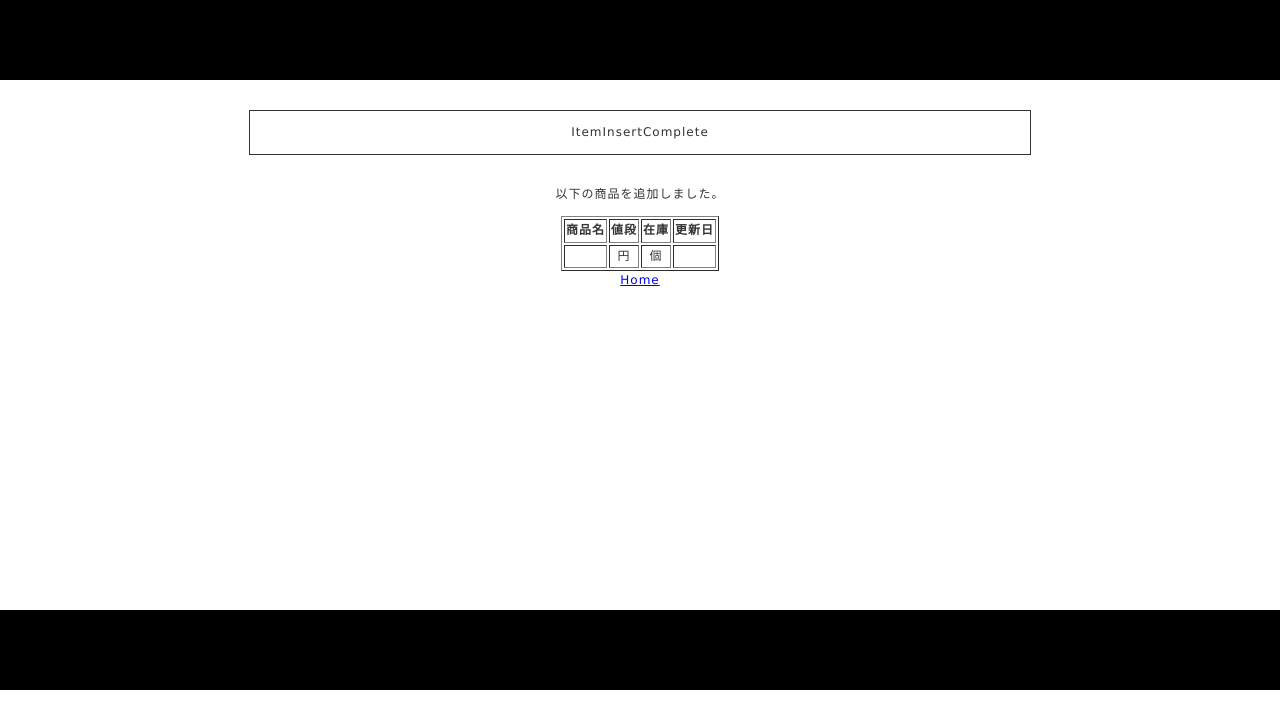
Repository: y321sudo/test2
Page: http://localhost/Yukazon/itemInsertComplete.jsp
The author's editor kept a copy of each file at every save. The page is drawn from the files as they stood at one save, then again after the next save.
The browser window is 1280 px wide. The pictures show the whole page.
The page is served by Tomcat 9. Other server files are loaded and not shown.

Above is the page before, as saved 2018-02-28 05:33:34.

### Yukazon/WebContent/itemInsertComplete.jsp
<%@ page language="java" contentType="text/html; charset=UTF-8" pageEncoding="UTF-8"%>
<%@ taglib prefix="s" uri="/struts-tags" %>
<!DOCTYPE html>
<html>
<head>
<meta charset="utf-8">
<meta http-equiv="Content-Type" content="text/html; charset=utf-8" />
<meta http-equiv="Content-Style-Type" content="text/css" />
<meta http-equiv="Content-Script-Type" content="text/javascript" />
<meta http-equiv="imagetoolbar" content="no" />
<meta name="description" content="" />
<meta name="keywords" content="" />
<meta charset="utf-8">
<title>ItemInsertConplete画面</title>
<style type="text/css">
	/* ========TAG LAYOUT======== */
		body {
		   margin:0;
		   padding:0;
		   line-height:1.6;
		   letter-spacing:1px;
		   font-family:Verdana, Helvetica, sans-serif;
		   font-size:12px;
		   color:#333;
		   background:#fff;
		}

		table {
			text-align:center;
			margin:0 auto;
		}

	/* ========ID LAYOUT======== */
		#top {
		   width:780px;
		   margin:30px auto;
		   border:1px solid #333;
		}

		#header {
		   width: 100%;
		   height: 80px;
		   background-color: black;
		}

		#main {
		   width: 100%;
		   height: 500px;
		   text-align: center;
		}

		#footer {
			width: 100%;
			height: 80px;
			background-color: black;
			clear:both;
		}
	</style>
</head>
<body>
	<div id="header">
	</div>

	<div id="main">
		<div id="top">
			<p>ItemInsertComplete</p>
		</div>

		<div>
			<p>以下の商品を追加しました。</p>
			<table border="1">
				<tr>
					<th>商品名</th>
					<th>値段</th>
					<th>在庫</th>
					<th>更新日</th>
				</tr>
				<tr>
					<td><s:property value="session.itemName"/></td>
					<td><s:property value="session.itemPrice"/><span>円</span></td>
					<td><s:property value="session.itemStock"/><span>個</span></td>
					<td><s:property value="session.insertDate"/></td>
				</tr>
			</table>
			<div>
				<a href='<s:url action="GoHomeAction"/>'>Home</a>
			</div>
		</div>
	</div>

	<div id="footer">
	</div>
</body>
</html>

After the next save:
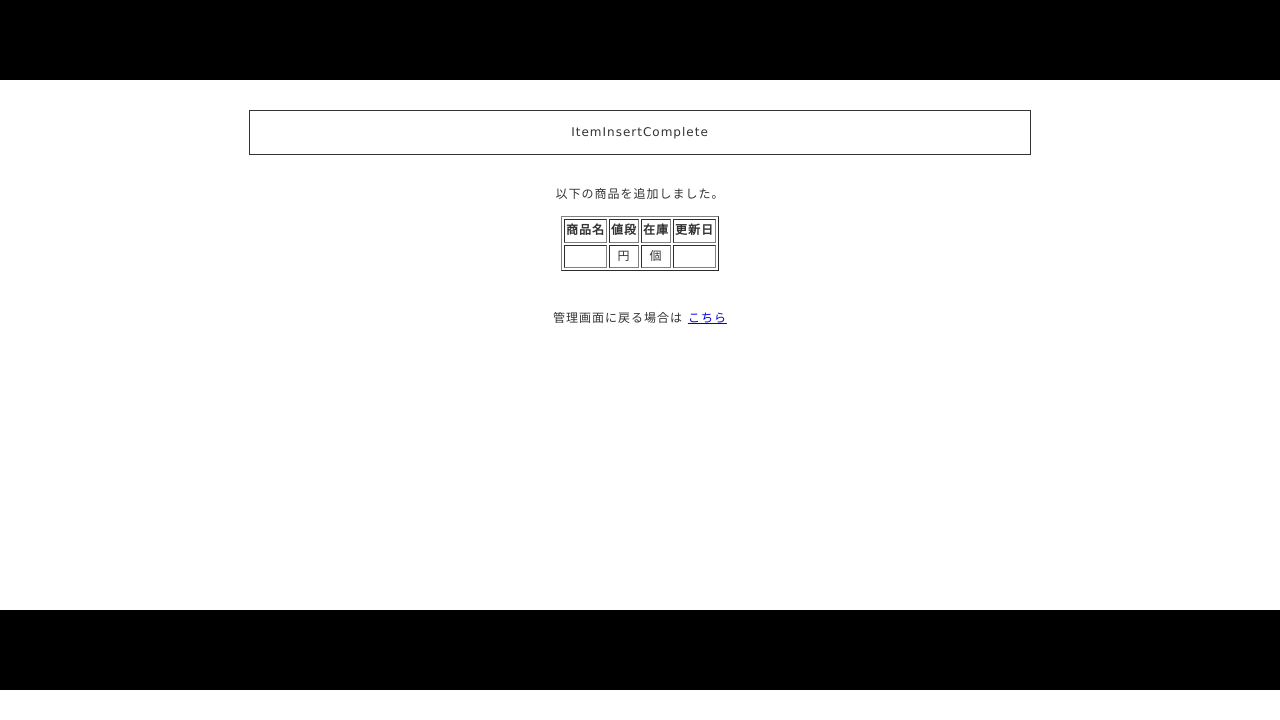
Saved 24 s later.
--- a/Yukazon/WebContent/itemInsertComplete.jsp
+++ b/Yukazon/WebContent/itemInsertComplete.jsp
@@ -11,7 +11,7 @@
 <meta name="description" content="" />
 <meta name="keywords" content="" />
 <meta charset="utf-8">
-<title>ItemInsertConplete画面</title>
+<title>商品追加完了画面</title>
 <style type="text/css">
 	/* ========TAG LAYOUT======== */
 		body {
@@ -82,8 +82,10 @@
 					<td><s:property value="session.insertDate"/></td>
 				</tr>
 			</table>
+			<br><br>
 			<div>
-				<a href='<s:url action="GoHomeAction"/>'>Home</a>
+				<span>管理画面に戻る場合は</span>
+				<a href="http://localhost:8080/Yukazon/master.jsp">こちら</a>
 			</div>
 		</div>
 	</div>
